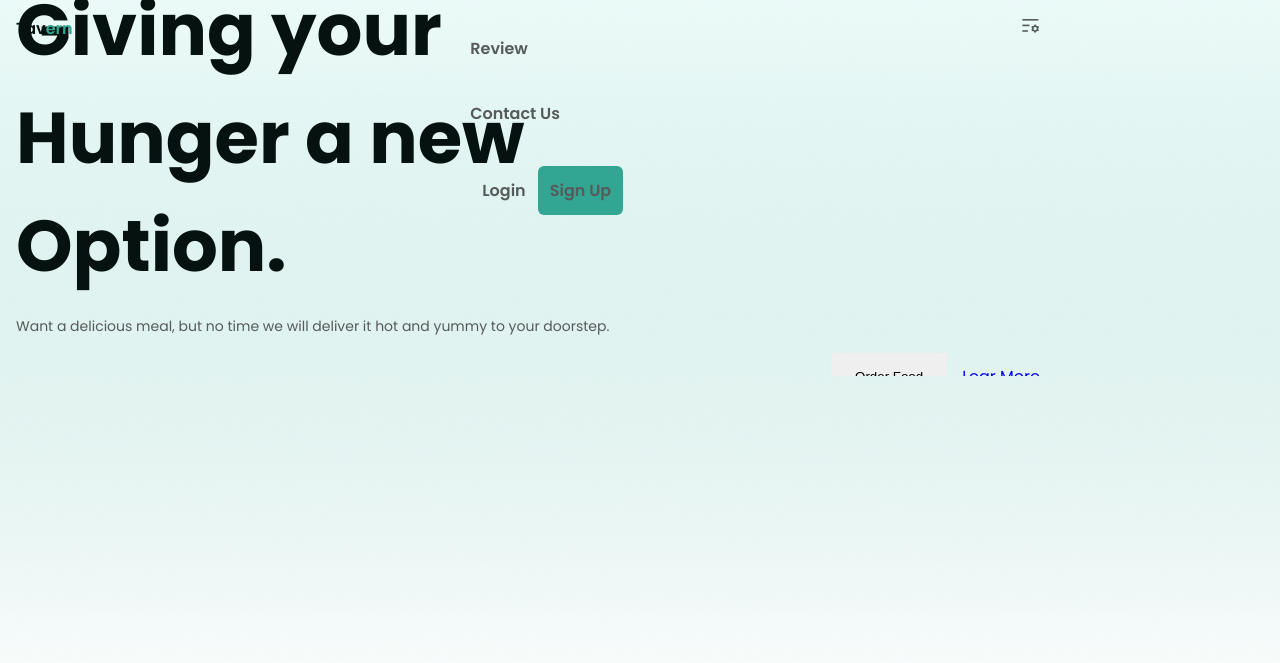
Repository: haokiet2501/tavern-restaurant-landing-page
Page: index.html
These files come from the project's save history. The page is drawn as it stood at one moment and after the next save; the edit follows.
The browser window is 1280 px wide. The pictures show the whole page.
The style sheet was rebuilt from its Sass, Less or Tailwind sources for each picture, by a compiler version that may differ from the author's.

Above is the page before, as saved 2022-07-01 16:18:46.

After the next save:
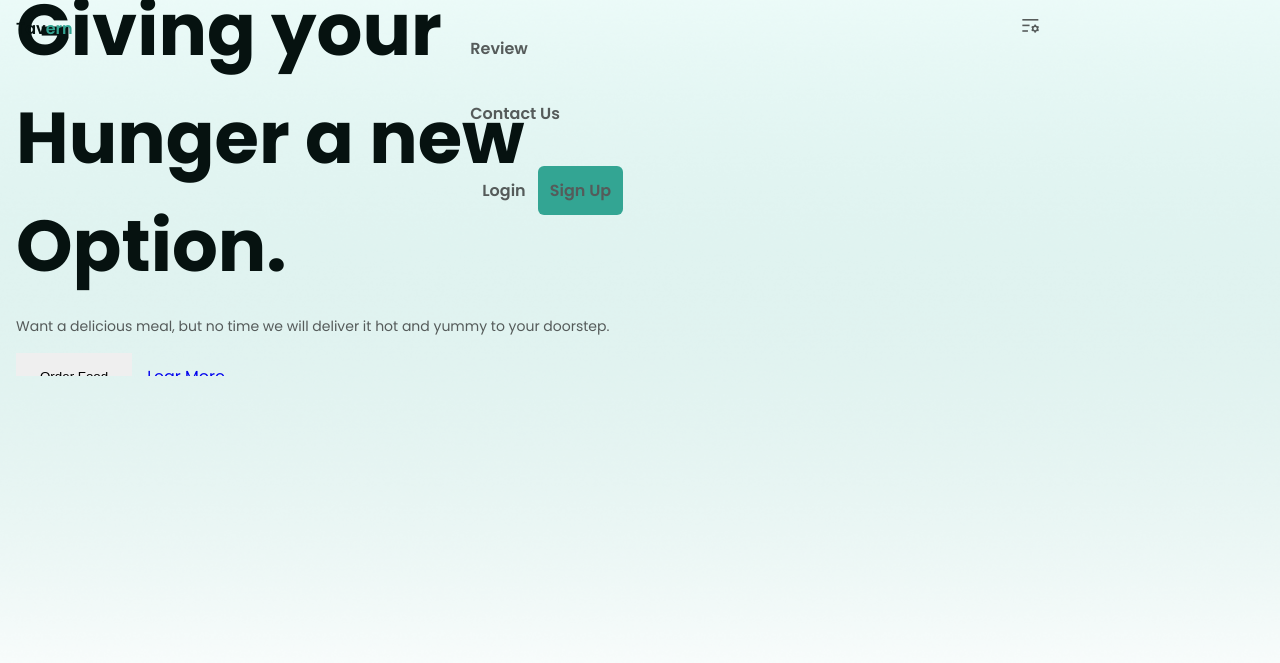
Saved 6 s later.
--- a/sass/main/_main.scss
+++ b/sass/main/_main.scss
@@ -124,7 +124,7 @@
         display: flex;
         gap: 15px;
         align-items: center;
-        justify-content: flex-end;
+        justify-content: flex-start;
     }
 
     &__order {
